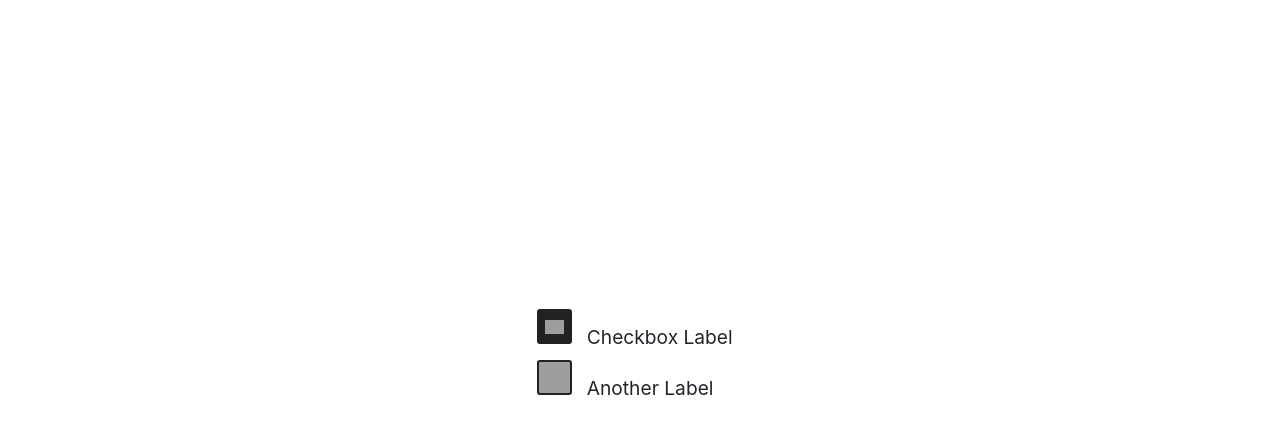
Repository: grupodetrabalhoeficiente/D213
Page: D213/Frontend/checkbox/checkbox.html
The author's editor kept a record of every edit. The page is drawn from the files as they stood at one moment, then again after the next edit.
The browser window is 1280 px wide. The pictures show the whole page.
Pictures or frames that could not be fetched are drawn as grey boxes. Some web libraries are served in a nearby version.

Above is the page before.

After the next edit:
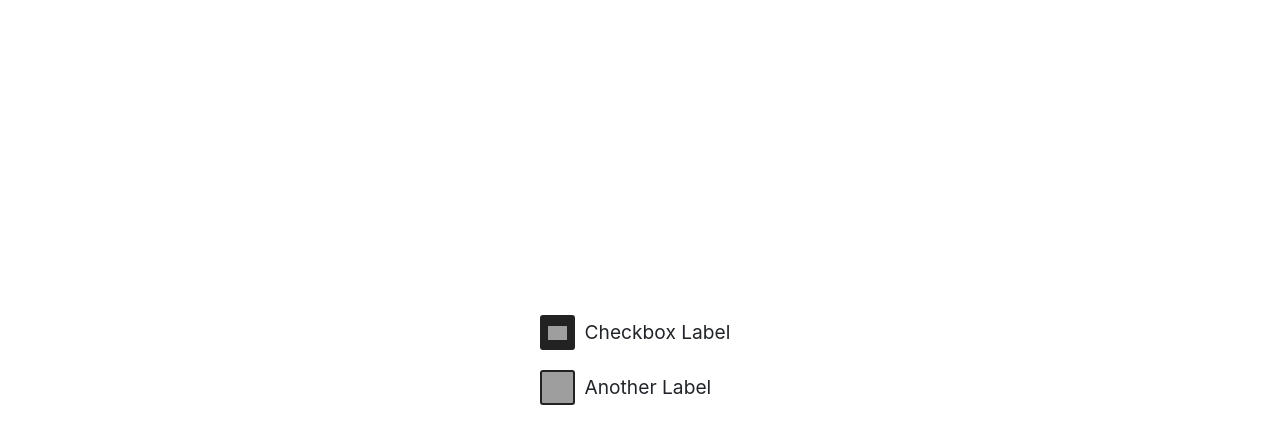
The edit:
--- a/D213/Frontend/checkbox/checkbox.css
+++ b/D213/Frontend/checkbox/checkbox.css
@@ -19,9 +19,6 @@
   flex-direction: column;
 
 }
-vai te foder
-penduro burro
-ja
 
 .custom-checkbox {
   cursor: pointer;
